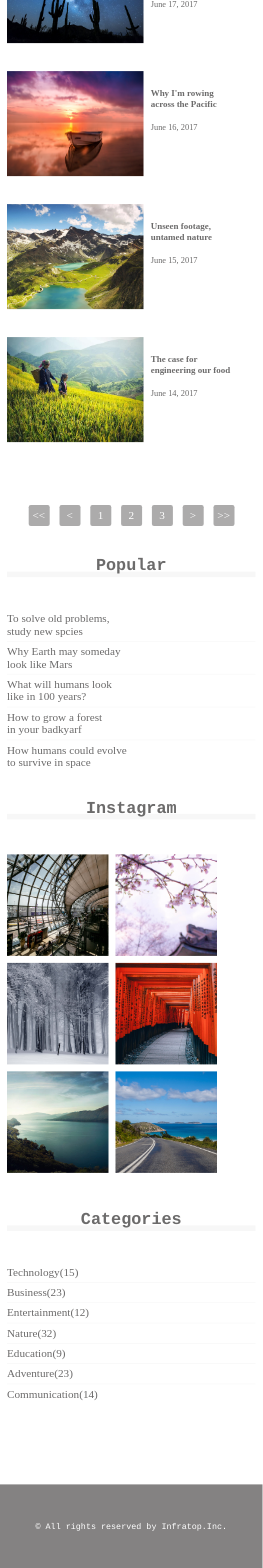
Repository: tkikokiko/webcamp-practice
Page: caravan/index.html
The author's editor kept a record of every edit. The page is drawn from the files as they stood at one moment, then again after the next edit.
The browser window is 375 px wide. The pictures show the part of the page from y = 902 to 3142 px (the page is 3142 px tall before and 3112 px after), at 70% of full size.
Some web libraries are served in a nearby version.

Above is the page before.

After the next edit:
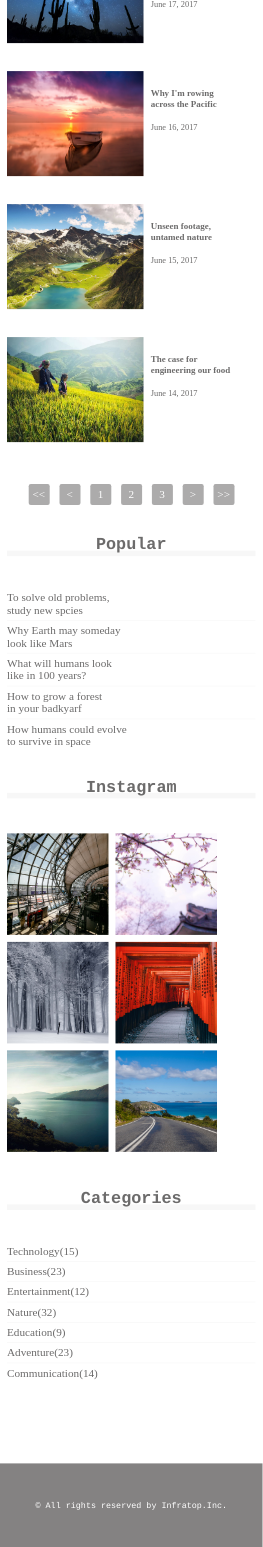
The edit:
--- a/caravan/style.css
+++ b/caravan/style.css
@@ -279,9 +279,9 @@
     display: none;
   }
 
-/*  .pagination {*/
-/*  padding-top: 50px;*/
-/*}*/
+    .pagination {
+    padding-top: 20px;
+  }
 
   .sidebar {
   width: 100%;
